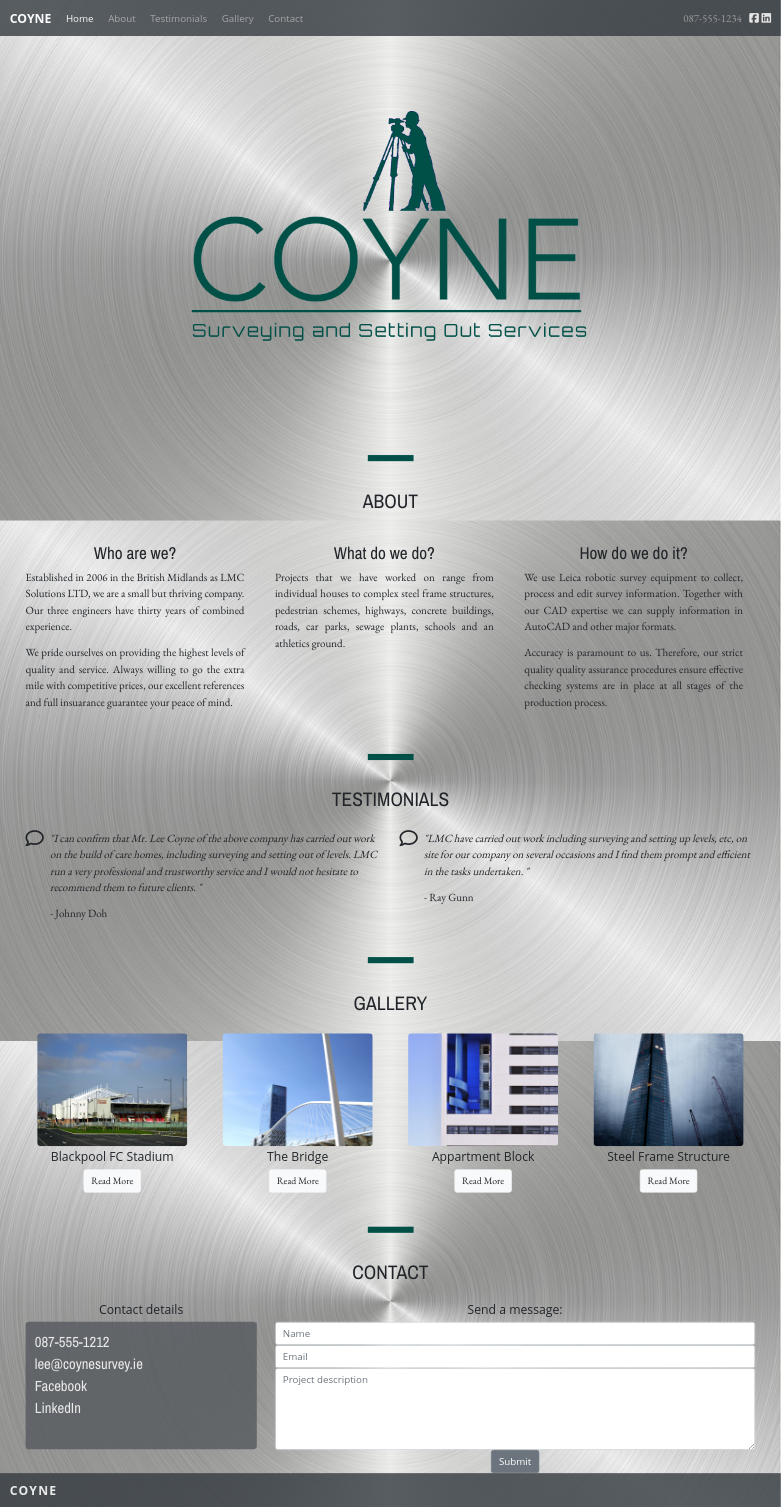
Repository: Leo-Cullen/first-milestone-project
Page: index.html
The author's editor kept a record of every edit. The page is drawn from the files as they stood at one moment, then again after the next edit.
The browser window is 1280 px wide. The pictures show the whole page, at 61% of full size.
Backgrounds fixed to the window are drawn as part of the page. Some web libraries are served in a nearby version.

Above is the page before.

### index.html
<!DOCTYPE html>
<html lang="en">

<head>
    <meta charset="UTF-8">
    <meta name="viewport" content="width=device-width, initial-scale=1.0">
    <meta http-equiv="X-UA-Compatible" content="ie=edge">
    <link rel="stylesheet" href="https://stackpath.bootstrapcdn.com/bootstrap/4.3.1/css/bootstrap.min.css" integrity="sha384-ggOyR0iXCbMQv3Xipma34MD+dH/1fQ784/j6cY/iJTQUOhcWr7x9JvoRxT2MZw1T" crossorigin="anonymous">
    <link href="https://fonts.googleapis.com/css?family=Archivo+Narrow|EB+Garamond&display=swap" rel="stylesheet">
    <link rel="stylesheet" href="assets/css/style.css" type="text/css" />
    <title>Coyne | Surveying and setting out services</title>
    <script src="https://kit.fontawesome.com/c525f812d6.js"></script>
</head>

<body>

    <nav class="navbar top-navbar navbar-expand-sm navbar-dark bg-dark fixed-top">
        <a class="navbar-brand" href="#"> COYNE </a>

        <button class="navbar-toggler" type="button" data-toggle="collapse" data-target="#navbarNav" aria-controls="navbarNav" aria-expanded="false" aria-label="Toggle navigation">
            <span class="navbar-toggler-icon"></span>
        </button>
        <div class="collapse navbar-collapse" id="navbarNav">
            <ul class="navbar-nav mr-auto">
                <li class="nav-item active">
                    <a class="active nav-link mr-2" href="#">Home <span class="sr-only">(current)</span></a>
                </li>
                <li class="nav-item mr-2">
                    <a class="nav-link" href="#about">About</a>
                </li>
                <li class="nav-item mr-2">
                    <a class="nav-link" href="#testimonials">Testimonials</a>
                </li>
                <li class="nav-item mr-2">
                    <a class="nav-link" href="#gallery-anchor">Gallery</a>
                </li>
                <li class="nav-item mr-2">
                    <a class="nav-link" href="#contact">Contact</a>
                </li>
            </ul>
            <div class="d-none d-md-block">
                <p class="navbar-text my-auto mr-2">087-555-1234</p>
                <a href="https://www.facebook.com" target="_blank">
                    <i class="fab fa-facebook-square icon"></i>
                </a>
                <a href="https://www.linkedin.com" target="_blank ">
                    <i class="fab fa-linkedin icon"></i>
                </a>
            </div>
        </div>
    </nav>

    <div class="container-fluid splash-container ">
        <div class="row ">
            <div class="col-12 ">
                <section class="splash jumbotron ">
                    <img src="assets/images/coyne-logo.png " width="100% " height="100% " style="margin-top:100px " />
                    <!--  -->
                </section>
            </div>
        </div>
    </div>

    <div class="container-fluid about-container content-container ">
        <!-- About section -->
        <hr id="about " />
        <section class="about-section ">
            <div class="row ">
                <div class="col-12 page-header ">
                    <h2 class="text-uppercase section-heading ">About</h2>
                </div>
            </div>
            <div class="row ">
                <div class="col-12 col-md-6 col-lg-4 ">
                    <div class="about-col ">
                        <h3 class="about-heading ">Who are we?</h3>
                        <p>Established in 2006 in the British Midlands as LMC Solutions LTD, we are a small but thriving company. Our three engineers have thirty years of combined experience.</p>
                        <p>We pride ourselves on providing the highest levels of quality and service. Always willing to go the extra mile with competitive prices, our excellent references and full insuarance guarantee your peace of mind.</p>
                    </div>
                </div>
                <div class="col-12 col-md-6 col-lg-4 ">
                    <div class="about-col ">
                        <h3 class="about-heading ">What do we do?</h3>
                        <p>Projects that we have worked on range from individual houses to complex steel frame structures, pedestrian schemes, highways, concrete buildings, roads, car parks, sewage plants, schools and an athletics ground.</p>
                    </div>
                </div>
                <div class="col-12 col-md-6 col-lg-4 ">
                    <div class="about-col ">
                        <h3 class="about-heading ">How do we do it?</h3>
                        <p>We use Leica robotic survey equipment to collect, process and edit survey information. Together with our CAD expertise we can supply information in AutoCAD and other major formats.</p>
                        <p>Accuracy is paramount to us. Therefore, our strict quality quality assurance procedures ensure effective checking systems are in place at all stages of the production process.</p>
                    </div>
                </div>
            </div>
        </section>
        <!-- / About section -->
    </div>
    <!-- / About container -->

    <div class="container-fluid testimonials-container content-container ">
        <!-- Testimonials section -->
        <hr id="testimonials " />
        <section class="testimonials ">
            <div class="row ">
                <div class="col-12 page-header ">
                    <h2 class="text-uppercase section-heading ">Testimonials</h2>
                </div>
            </div>
            <div class="row ">
                <div class="col-12 col-md-6 ">
                    <div class="media ">
                        <i class="far fa-comment " class="mr-3 "></i>
                        <blockquote class="blockquote ">
                            <p class="quote ">"I can confirm that Mr. Lee Coyne of the above company has carried out work on the build of care homes, including surveying and setting out of levels. LMC run a very professional and trustworthy service and I would not hesitate
                                to recommend them to future clients. "</p>
                            <p>- Johnny Doh</p>
                        </blockquote>
                    </div>
                </div>
                <div class="col-12 col-md-6 ">
                    <div class="media ">
                        <i class="far fa-comment " class="mr-3 "></i>
                        <blockquote class="blockquote ">
                            <p class="quote ">"LMC have carried out work including surveying and setting up levels, etc, on site for our company on several occasions and I find them prompt and efficient in the tasks undertaken. "</p>
                            <p>- Ray Gunn</p>
                        </blockquote>
                    </div>
                </div>
            </div>
        </section>
        <!-- / Testimonials section -->
    </div>
    <!-- / Testimonials container -->

    <!-- Gallery container -->
    <div class="container-fluid gallery-container content-container ">
        <hr id="gallery-anchor " />
        <section class="gallery ">
            <div class="row ">
                <div class="col-12 page-header ">
                    <h2 class="text-uppercase section-heading ">Gallery</h2>
                </div>
            </div>
            <div class="row ">
                <div class="col-md-6 col-xl-3 ">
                    <img class="img-responsive " src="assets/images/blackpool-fc.jpg " />
                    <h5>Blackpool FC Stadium</h5>
                    <p><a class="btn btn-small btn-light " href="# ">Read More</a></p>
                </div>
                <div class="col-md-6 col-xl-3 ">
                    <img class="img-responsive " src="assets/images/bridge-640x480.jpg " />
                    <h5>The Bridge</h5>
                    <p><a class="btn btn-small btn-light " href="# ">Read More</a></p>
                </div>
                <div class="col-md-6 col-xl-3 ">
                    <img class="img-responsive " src="assets/images/appartments-640x480.jpg " />
                    <h5>Appartment Block</h5>
                    <p><a class="btn btn-small btn-light " href="# ">Read More</a></p>
                </div>
                <div class="col-md-6 col-xl-3 ">
                    <img class="img-responsive " src="assets/images/skyscraper-640x480.jpg " />
                    <h5>Steel Frame Structure</h5>
                    <p><a class="btn btn-small btn-light " href="# ">Read More</a></p>
                </div>
            </div>
        </section>
    </div>
    <!-- / Gallery container -->

    <!-- Contact container -->
    <div class="container-fluid contact-container content-container ">
        <hr id="contact " />
        <section class="contact-section ">
            <div class="row ">
                <div class="col-12 page-header ">
                    <h2 class="text-uppercase section-heading ">CONTACT</h2>
                </div>
            </div>
            <div class="row bg-color-contact ">

                <div class="col-md-4 ">
                    <h5 class="uppercase text-center ">Contact details</h5>
                    <div class="contact-details ">
                        <span>087-555-1212</span>
                        <span>lee@coynesurvey.ie</span>
                        <span><a class="contact-link " href="https://www.facebook.com " target="_blank ">Facebook</a></span>
                        <span><a class="contact-link " href="https://www.linkedin.com " target="_blank ">LinkedIn</a></span>
                    </div>

                </div>
                <div class="col-md-8 center-form ">
                    <h5 class="uppercase text-center ">Send a message:</h5>
                    <form>
                        <input type="text " name="name " id="fullname " class="form-control " placeholder="Name " required />
                        <input type="email " name="email " id="emailaddress " class="form-control " placeholder="Email " required />
                        <textarea rows="5 " name="projectsummary " id="projectsummary " class="form-control " placeholder="Project description " required></textarea>
                        <div class="form-row text-center ">
                            <div class="col ">
                                <button type="submit " class="btn btn-secondary ">Submit</button>
                            </div>
                        </div>
                    </form>
                </div>
            </div>

        </section>
    </div>
    <!-- / Contact container -->

    <!-- Footer -->
    <nav class="navbar bottom-navbar navbar-expand-sm navbar-dark bg-dark ">
        <a class="navbar-brand " href="# ">COYNE</a>
        <!-- / Footer -->
    </nav>
        <script src="https://code.jquery.com/jquery-3.3.1.slim.min.js " integrity="sha384-q8i/X+965DzO0rT7abK41JStQIAqVgRVzpbzo5smXKp4YfRvH+8abtTE1Pi6jizo " crossorigin="anonymous "></script>
        <script src="https://cdnjs.cloudflare.com/ajax/libs/popper.js/1.14.7/umd/popper.min.js " integrity="sha384-UO2eT0CpHqdSJQ6hJty5KVphtPhzWj9WO1clHTMGa3JDZwrnQq4sF86dIHNDz0W1 " crossorigin="anonymous "></script>
        <script src="https://stackpath.bootstrapcdn.com/bootstrap/4.3.1/js/bootstrap.min.js " integrity="sha384-JjSmVgyd0p3pXB1rRibZUAYoIIy6OrQ6VrjIEaFf/nJGzIxFDsf4x0xIM+B07jRM " crossorigin="anonymous "></script>

</body>

</html>

### assets/css/style.css
/*body,html {
    height: 100%;
    width:100%;
    margin: 0px;
}
*/
body {
    font-family: "Open Sans", sans-serif;
    background: url(../images/circular-metal-960x720.jpg) no-repeat center center fixed;
    -webkit-background-size: cover;
    -moz-background-size: cover;
    -o-background-size: cover;
    background-size: cover;


    overflow-x: hidden; /* remove horizontal scrollbar */
}

h1,h2,h3 {
    font-family: 'Archivo Narrow', sans-serif;
}

p {
    font-family: 'EB Garamond', serif;
    font-size: large;
}

/*------------------------------------------------------------------- navbar */

.navbar {
    opacity: 0.8;
}

.navbar-brand {
    font-weight: bold;
}

.top-navbar i {
    font-size: large;
    color: #f8f8f8;
}

.top-navbar i:hover {
    font-weight: bold;
    color: #999c9d !important;
}

.navbar-toggler {
    background-color: #005048;
}


/*-------------------------------------------------------------------general styles */

.page-header {
    margin-top: 0;
    margin-bottom: 0;
    text-align: center;
}

.page-header h2 {
    margin-top: 30px;
    margin-bottom: 30px;
}

hr {
    width: 75px;
    height: 10px;
    border: 0;
    background-color: #005048; /* dark green */
}

.section-heading {
    text-align: center;
}

.content-container {
    margin-bottom: 20px;
    margin: 0 auto;
    max-width: 95%; /* keep all content within screen  */
}

/*------------------------------------------------------------------- splash */

.splash-container {
     height: 100vh;
    display: flex;
    align-items: center;
    justify-content: center;
    position: relative;
}


.jumbotron {
   background-color: transparent;
   margin: 0;
}

/*------------------------------------------------------------------- about */

.about-container {
    margin-top: 00px;
    padding: 10px;
}

.about-col {
    padding-top: 20px;
    padding-right: 20px;
}

.about-heading {
    text-align: center;
}

.about-col p {
    text-align: justify;
}

/*-------------------------------------------------------------------testimonials */

.testimonials-container {
    margin-top: 20px;
    padding: 10px;
}

.quote {
    font-style: italic;
}

.testimonials i {
    font-size: 30px;
    margin-right: 10px;
}

/*-------------------------------------------------------------------gallery */

.gallery-container {
    text-align: center;
}

.gallery-container img {
    border-radius: 3%;
    /* border: solid 3px #525252; */
}

.gallery-container h5 {
    padding-top: 6px;
}

.gallery-container p {
    margin-bottom: 30px;
}

/*-------------------------------------------------------------------contact */

.contact-container {
    padding: 10px;
    text-align: center;
    padding-bottom: 0;
}

.img-responsive {
    max-width: 90%;
}

.contact-container i {
    font-size: 20px;
}

.contact-container p {
    font-size: 24px;
    letter-spacing: 2px;
}

.contact-details {
    background-color: #555a5f;
    opacity: 0.8;
}

.center-form .contact-details {
    padding-top: 10px;
    margin: 0 auto;
    max-width: 65%;
}

.contact-details {
    border-radius: 2%;
    text-align: left;
    padding-left: 15px;
    padding-top: 15px;
    padding-bottom: 50px;
    color: #fff;

}

.contact-details span {
    display: block;
    padding: 0;
    font-family: 'Archivo Narrow', sans-serif;
    font-size: x-large;
}


.contact-details a {
    color: #fff;
}

.contact-details a:hover {
    color: #999c9d;
    text-decoration: none;
}

button[type="submit"] {
    margin-top: 15px;
    margin-bottom: 20px;
    background-color: #005048;
}

.bottom-navbar {
    margin: 0;
    letter-spacing: 2px;
    opacity: 0.8;
}

After the next edit:
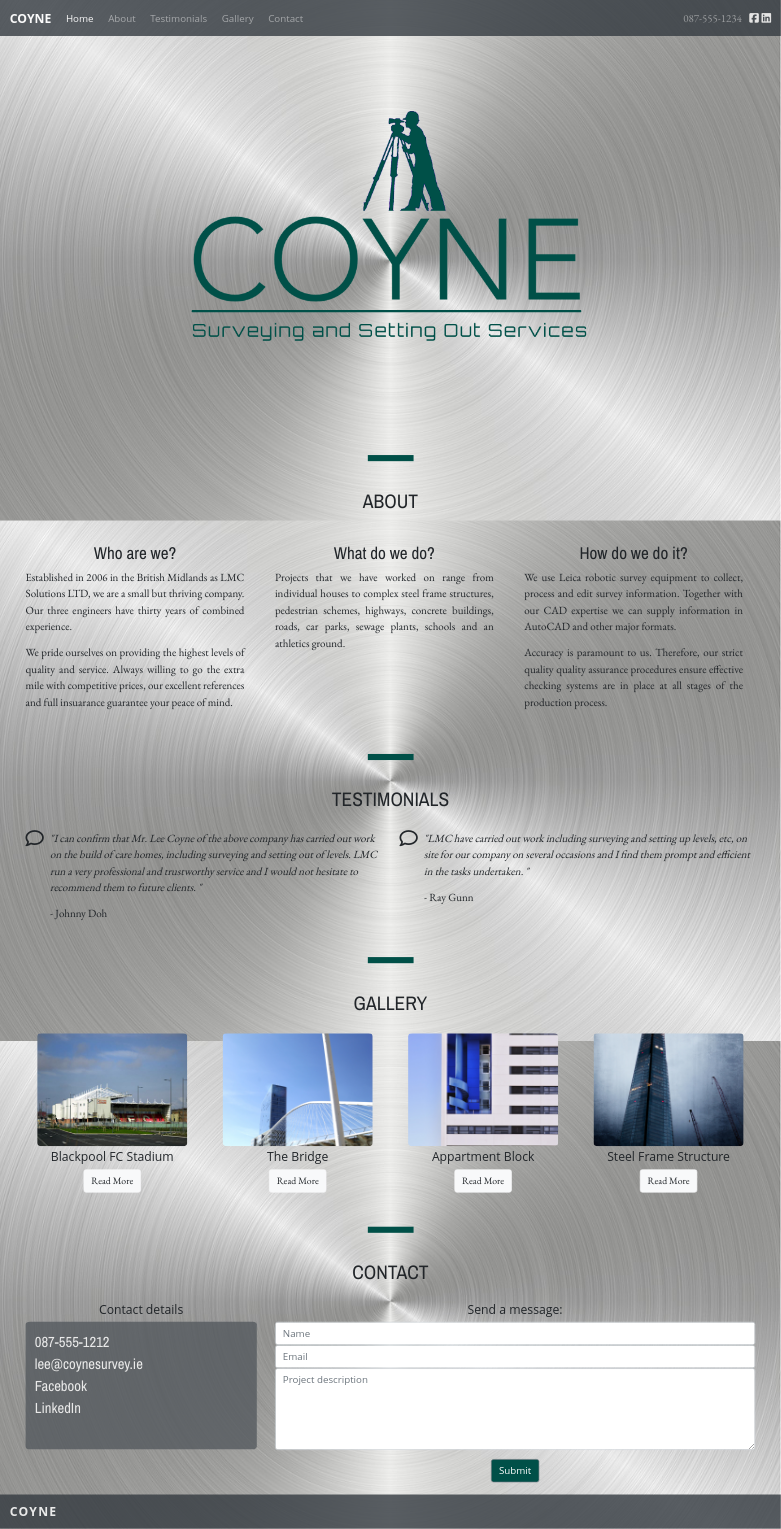
The edit:
--- a/index.html
+++ b/index.html
@@ -196,7 +196,7 @@
                         <textarea rows="5 " name="projectsummary " id="projectsummary " class="form-control " placeholder="Project description " required></textarea>
                         <div class="form-row text-center ">
                             <div class="col ">
-                                <button type="submit " class="btn btn-secondary ">Submit</button>
+                                <button type="submit" class="btn btn-secondary ">Submit</button>
                             </div>
                         </div>
                     </form>
